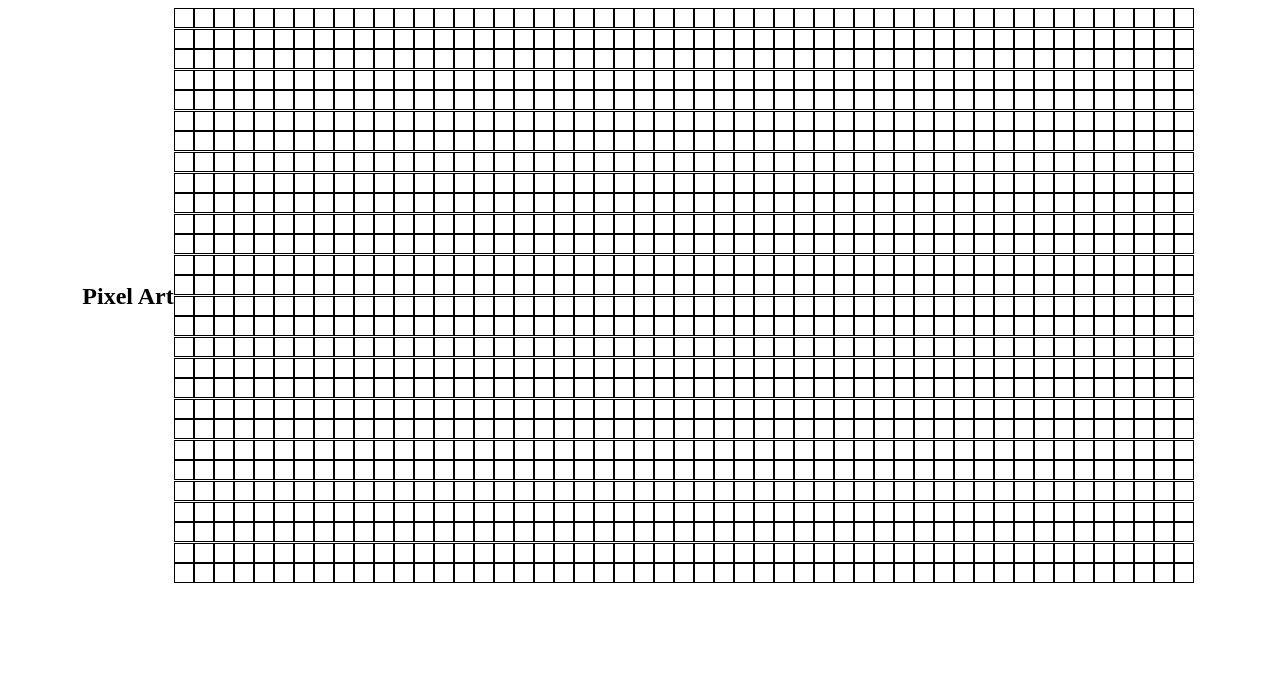
Repository: bechara611/pixelartdb
Page: /
The author's editor kept a copy of each file at every save. The page is drawn from the files as they stood at one save, then again after the next save.
The browser window is 1280 px wide. The pictures show the whole page.
The project was rebuilt for these pictures with package versions that can differ from the ones it lists, and the page was loaded fresh each time. Also part of the build but not shown: vite.config.js.

Above is the page before, as saved 2023-03-05 20:42:42.

### src/main.jsx
import React from 'react'
import ReactDOM from 'react-dom/client'
import App from './App'


ReactDOM.createRoot(document.getElementById('root')).render(

    <App />

)

### src/App.jsx

import { useEffect, useState } from 'react'
import './App.css'
import { Pixel } from './Pixel'

const App=()=> {
  const [tamano, settamano] = useState({
    t:10,
    h:1,
    w:1
  })
const  [pixels, setPixels] = useState([])

useEffect(() => {
  let contenedor = document.getElementById('contenedor')
let divsAloAlto = Math.floor(contenedor.offsetHeight/20)
let divsAlOancho = Math.floor(contenedor.offsetWidth/20);
//para saber cuantos divs necesita un contenedor multiplica el numero de divs a lo alto * el numero de divds a lo ancho
setPixels(Array.from({length:divsAloAlto*divsAlOancho}))
}, [])

const funcionArray=(index)=>{
  let nuevoArray = [...pixels]
  console.log(index)
 console.log(!nuevoArray[index])
}

  return (
    <>

    <div className="contenedor-mayor">
    <h2>Pixel Art</h2>
      <div className="contenedor" id='contenedor'>
      {
        pixels.map((a,index)=>{
          return <Pixel key={index}
                  funcion={()=>funcionArray(index)}
          ></Pixel>
        })
      }

      </div>
      </div>
    </>
  )
}

export default App

### src/App.css
.contenedor-mayor{
  display: flex;
  flex-direction: row;
  justify-content: center;
  justify-self: center;
  align-items: center;
}

.pixel {
  width: 20px;
  height: 20px;
  border: 1px solid black;

  box-sizing: border-box;

}

.active {
  background: green;
}

.contenedor {

  display: flex;
  flex-direction: row;
  flex-wrap: wrap;
  width: 80vw;
  height: 80vh;
  max-width: 80vw;
  max-height: 80vh;



}

### src/Pixel.jsx
import React, { useState } from 'react'
import './App.css'
import {selectableGroup, createSelectable} from 'react-selectable-fast'
export const Pixel = (props) => {
    const [isActive, setisActive] = useState(false)
  return (

 <div className={`pixel ${props.active ? 'active' : ''}`} style={{ background:props.active ? props.color : ''}}
 onClick={()=>{
    setisActive(!isActive)
    props.funcion();
}}
onMouseDown={()=>{props.onMouseDown()}}
onMouseUp={()=>{props.onMouseUp()}}
onTouchEnd={()=>{props.onMouseUp()}}
onMouseOver={()=>{props.onMouseOver()}}
onTouchStart={()=>{{
    props.onMouseDown()
    props.onMouseOver()}}}
 >

 </div>
  )
}

Loaded but not shown: index.html (common file)

After the next save:
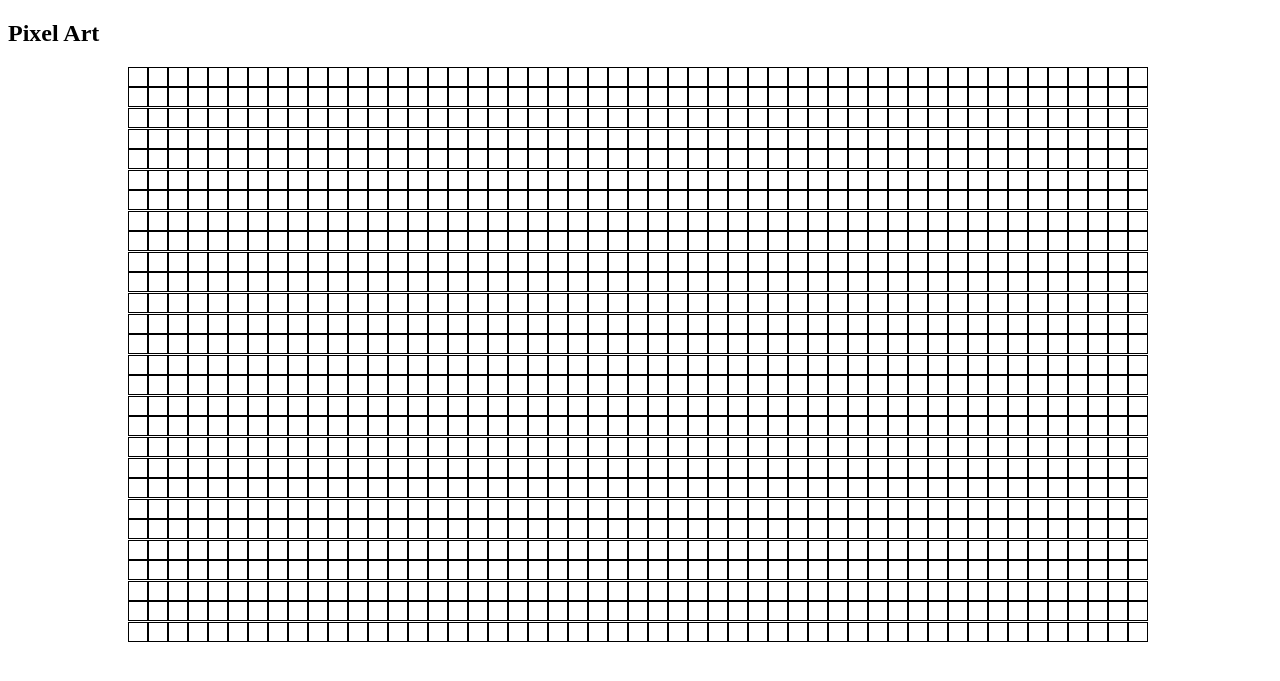
Saved 6 s later.
--- a/src/App.jsx
+++ b/src/App.jsx
@@ -27,9 +27,9 @@ const funcionArray=(index)=>{
 
   return (
     <>
+    <h2>Pixel Art</h2>
+    <div className="contenedor-mayor">
 
-    <div className="contenedor-mayor">
-    <h2>Pixel Art</h2>
       <div className="contenedor" id='contenedor'>
       {
         pixels.map((a,index)=>{
